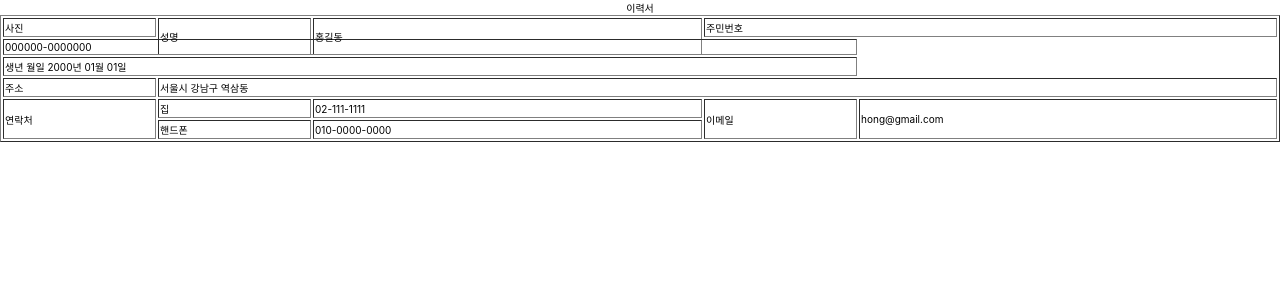
Repository: jiyeonyun/Resume
Page: / (app in resumes/)
An editor plug-in stored every save of this project. The page is shown before and after the next save, followed by the edit.
The browser window is 1280 px wide. The pictures show the whole page.
The project was rebuilt for these pictures with package versions that can differ from the ones it lists, and the page was loaded fresh each time. Also part of the build but not shown: resumes/src/data/edudata.js, resumes/src/components/educationalHIstory/educational.jsx, resumes/src/components/footer/footer.jsx.

Above is the page before, as saved 2022-05-25 15:35:26.

After the next save:
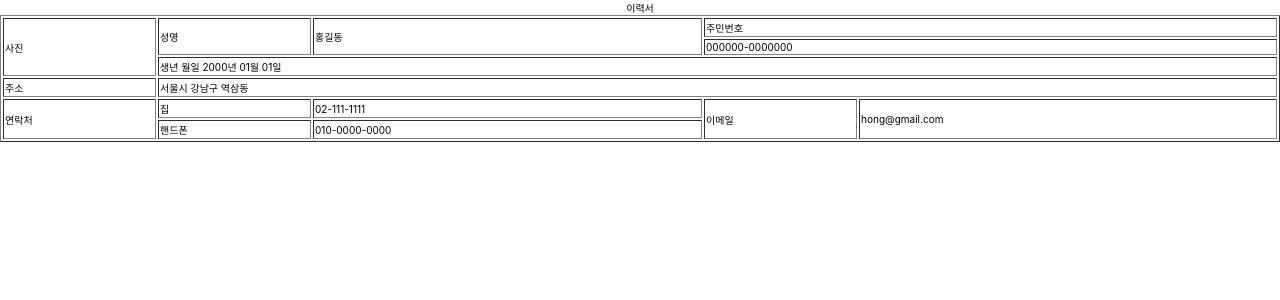
Saved 6 s later.
--- a/resumes/src/components/personalInfo/personalInfo.jsx
+++ b/resumes/src/components/personalInfo/personalInfo.jsx
@@ -5,7 +5,7 @@ const PersonalInfo = ({ personalInfoData }) => {
     <table border="1">
       <caption>이력서</caption>
       <tr>
-        <td rowspan="">사진</td>
+        <td rowspan="3">사진</td>
         <td rowspan="2">성명</td>
         <td rowspan="2">홍길동</td>
         <td colspan="2">주민번호</td>
